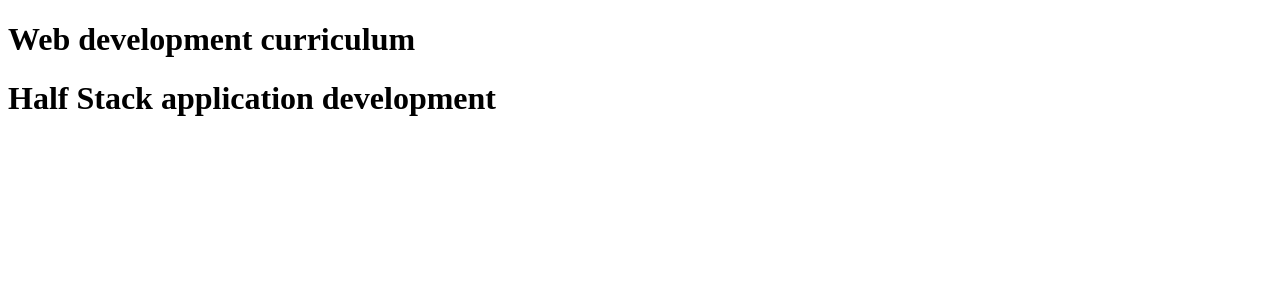
Repository: Hwenyi/full-stack-open
Page: / (app in part2/courseinfo/)
An editor plug-in stored every save of this project. The page is shown before and after the next save, followed by the edit.
The browser window is 1280 px wide. The pictures show the whole page.
The project was rebuilt for these pictures with package versions that can differ from the ones it lists, and the page was loaded fresh each time.

Above is the page before, as saved 2023-10-13 09:16:07.

After the next save:
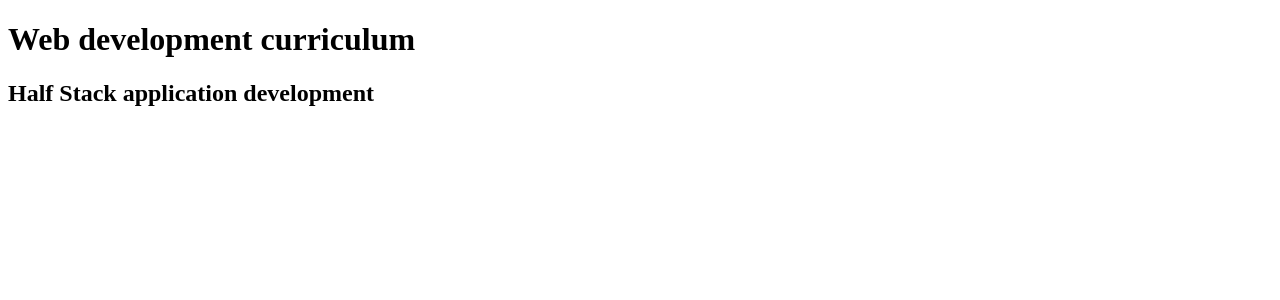
Saved 15 s later.
--- a/part2/courseinfo/src/components/Header.js
+++ b/part2/courseinfo/src/components/Header.js
@@ -1,5 +1,5 @@
 const Header = ({name}) => {
-  return <h1>{name}</h1>;
+  return <h2>{name}</h2>;
 }
 
 export default Header;
